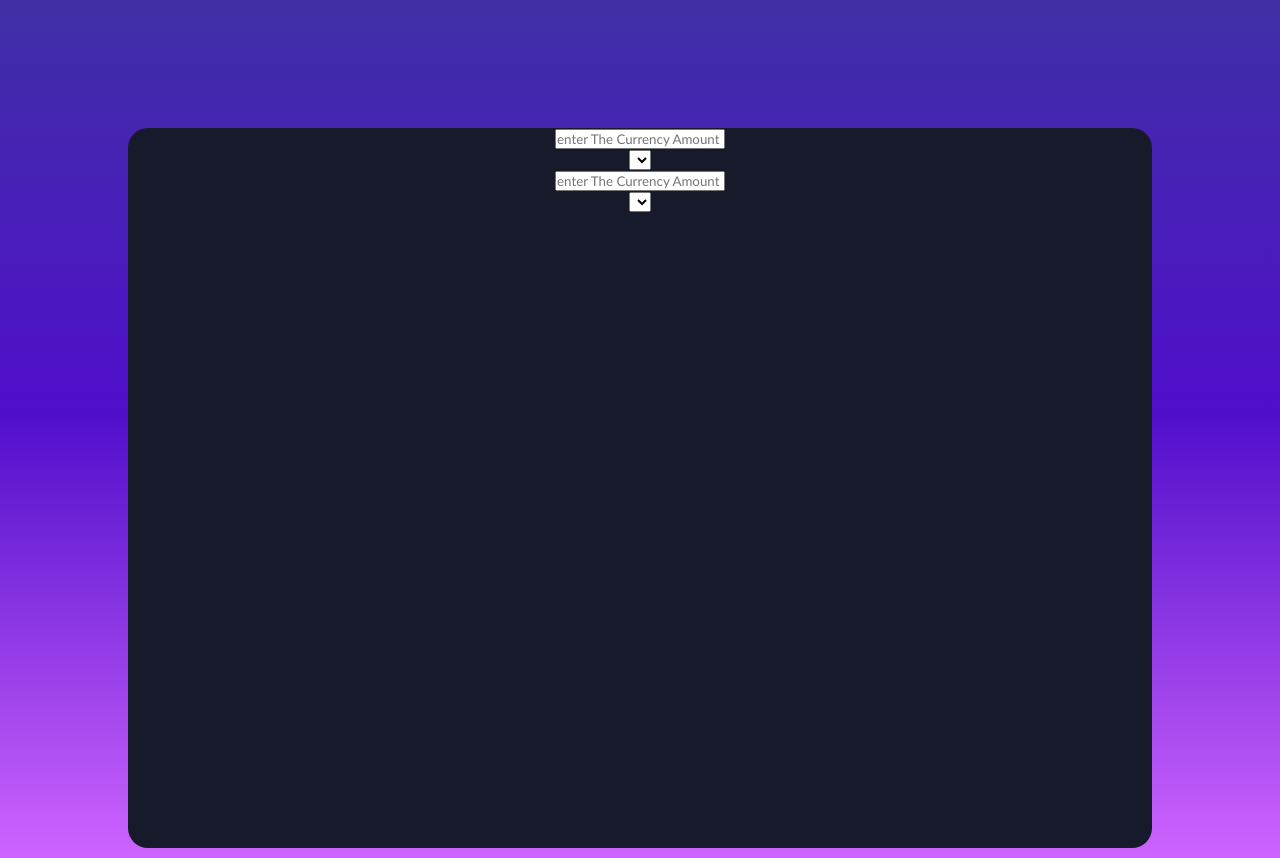
Repository: KamalEssam/currency-converter-react-app
Page: /
The author's editor kept a copy of each file at every save. The page is drawn from the files as they stood at one save, then again after a run of saves.
The browser window is 1280 px wide. The pictures show the whole page.
The page's requests for data from a server got no answer. The project was rebuilt for these pictures with package versions that can differ from the ones it lists, and the page was loaded fresh each time. No one was signed in, and anything a server would have sent is missing.

Above is the page before, as saved 2021-12-21 15:25:43.

### src/App.js
import './App.css';
import Currency from './Components/Currency';

function App() {
  return (
    <div className="App">
     <Currency />
    </div>
  );
}

export default App;

### src/App.css
* {
  box-sizing: border-box;
  margin: 0;
  padding: 0;
  font-family: 'Trebuchet MS', 'Lucida Sans Unicode', 'Lucida Grande',
    'Lucida Sans', Arial, sans-serif;
}
body{
  background: linear-gradient(
    180deg,
    rgb(64, 48, 167) 0%,
    rgb(80, 14, 202) 48%,
    rgb(206, 100, 255) 100%
  );
}

/* .currency-app {
  display: flex;
  flex-direction: column;
  justify-content: start ;
  width: 520px;
  min-height: 600px;
  background: #161a2b;
  text-align: center;
  margin: 128px auto;
  border-radius: 10px;
  padding-bottom: 32px;
} */
.currency-app {
  display: flex;
  flex-direction: column;
  justify-content: start ;
  height: 100vh;
  text-align: center;
  background: #161a2b;
  margin:128px 128px 10px 128px ;
  border-radius: 20px;




}

### src/Components/Currency.js
import React from 'react'
import CurrencyForm from './CurrencyForm'
import CurrencyList from './CurrencyList'
export default function Currency() {
    return (
        <div className='currency-app'>
            <CurrencyForm />
            <CurrencyList />
        </div>
    )
}

### src/Components/CurrencyForm.js
import React from 'react'

export default function Currency() {
    return (
        <div>

        </div>
    )
}

### src/Components/CurrencyList.js
import React, { useEffect, useState } from 'react'
import Axios from 'axios';
export default function Currency() {
    //api_key = 04078e60-6206-11ec-a513-c3ab8a51dcff
    const [currenciesList, setCurrenciesList] = useState([]);
    useEffect(() => {
        Axios
            .get('http://api.currencylayer.com/list?access_key=3f721942cddb3b199905f3aea4bb647d')
            .then(res => {
                setCurrenciesList([res.data, ...Object.keys(res.data.currencies)]);
                // console.log(res.data)
            }).catch(error => console.log(error))

    }, [])

    return (
        <div className='currency-form-container'>
            <form className='currency-form'>
                <div className='currency-form-group'>
                    <div>
                        <input className='fr-currency' placeholder='enter The Currency Amount' />
                    </div>
                    <div>
                        <select className='select-fr-currency' >
                            {currenciesList.slice(1).map(currency => {

                                return (
                                    <option key={currency} value={currency}> {currency} </option>
                                );
                            })}
                            {/* <option key={Math.floor(Math.random()*1000000)} value={currency}> currency </option> */}
                        </select>
                    </div>
                </div>
                <div className='currency-form-group'>
                    <input className='sec-currency' placeholder='enter The Currency Amount' />
                </div>
                <div>
                    <select className='select-sec-currency' >
                        {currenciesList.slice(1).map(currency => {
                            return (
                                <option key={currency} value={currency}> {currency} </option>
                            );
                        })}
                        {/* <option key={Math.floor(Math.random()*1000000)} value={currency}> currency </option> */}
                    </select>
                </div>
            </form>
        </div>
    )
}

Loaded but not shown: public/index.html (common file); src/index.js (common file); src/index.css (common file)

After the next 6 saves:
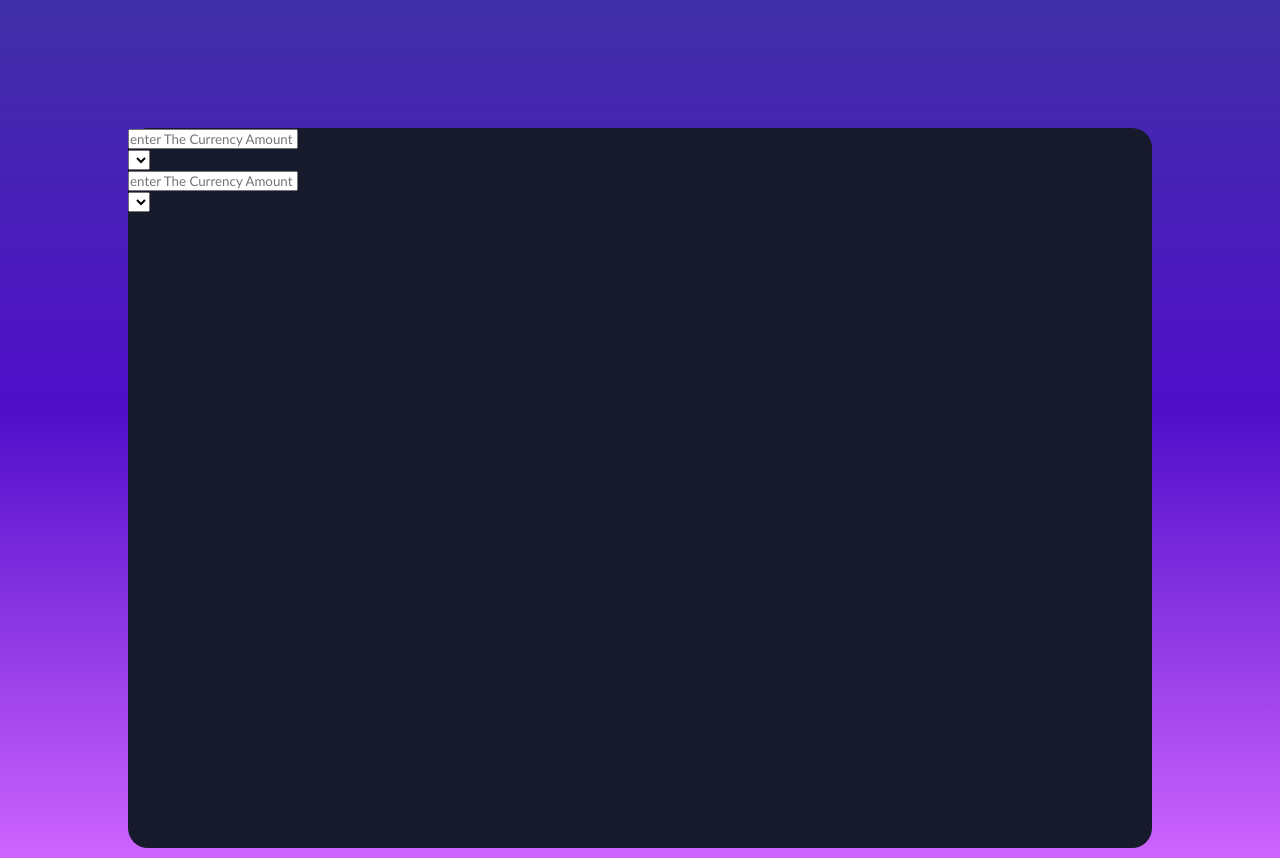
The 6 saves are shown as one change because they came seconds apart.
The last was saved 18 s later.
--- a/src/App.css
+++ b/src/App.css
@@ -31,6 +31,7 @@ body{
   flex-direction: column;
   justify-content: start ;
   height: 100vh;
+  width: 100px
   text-align: center;
   background: #161a2b;
   margin:128px 128px 10px 128px ;
